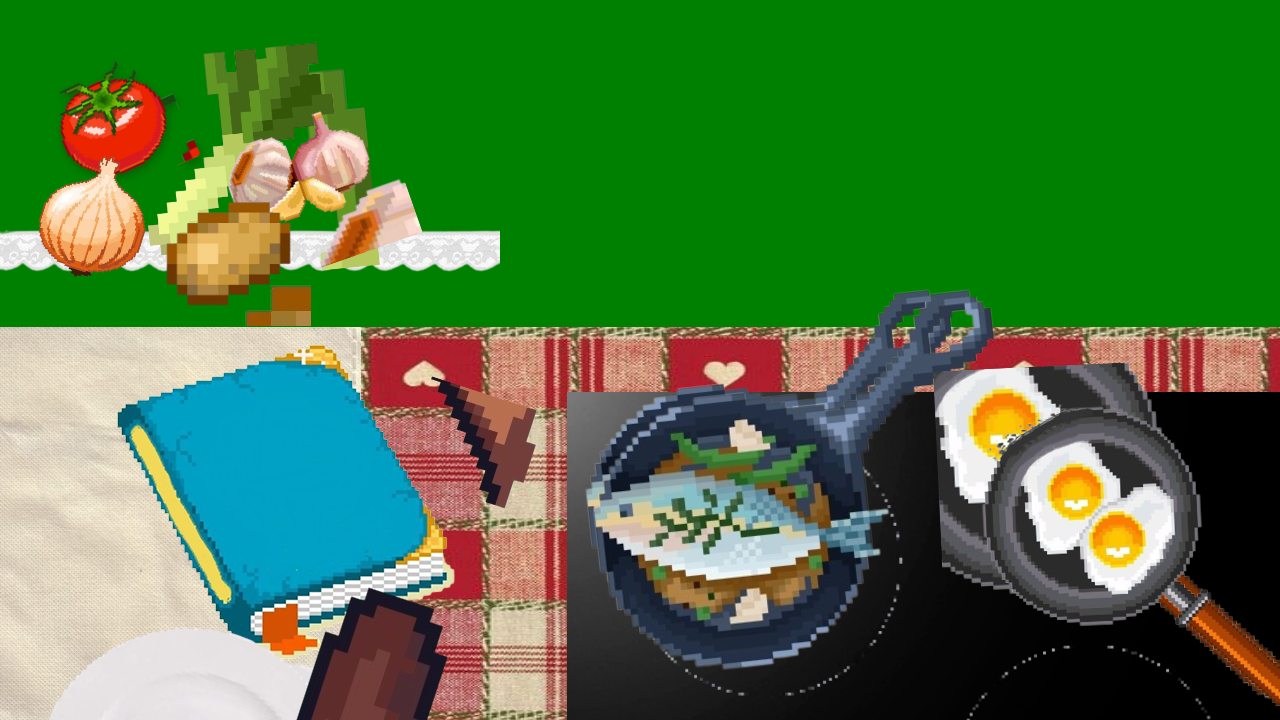
Repository: AJamdonuts/ToddyTalks
Page: playingaround2/pages/chefsujin.html
These files come from the project's save history. The page is drawn as it stood at one moment and after the next save; the edit follows.
The browser window is 1280 px wide. The pictures show the whole page.

Above is the page before, as saved 2025-11-26 19:22:55.

After the next save:
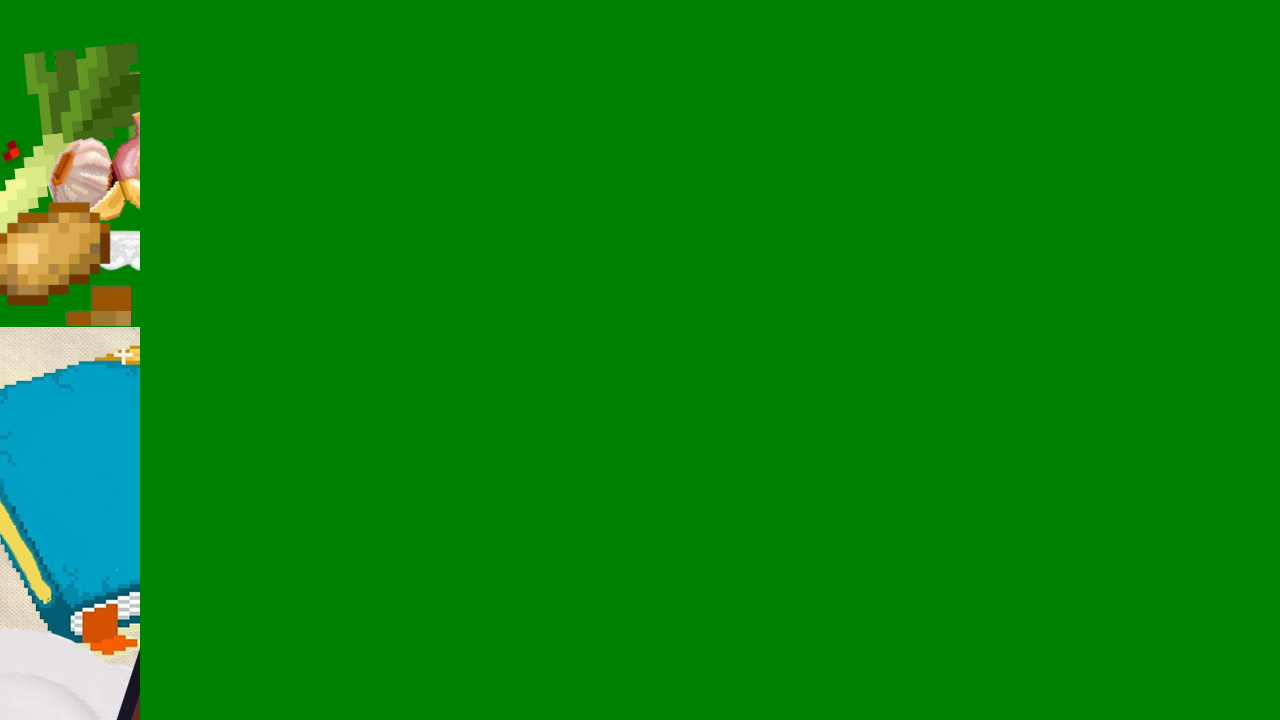
Saved 33 s later.
--- a/playingaround2/styles/chefsujin.css
+++ b/playingaround2/styles/chefsujin.css
@@ -1,6 +1,6 @@
 html, body {
                 width: 1440px;
-                max-width: 1440px;
+                max-width: 140px;
                 height: 1024px;
                 margin: 0;
                 padding: 0;

After the save that followed:
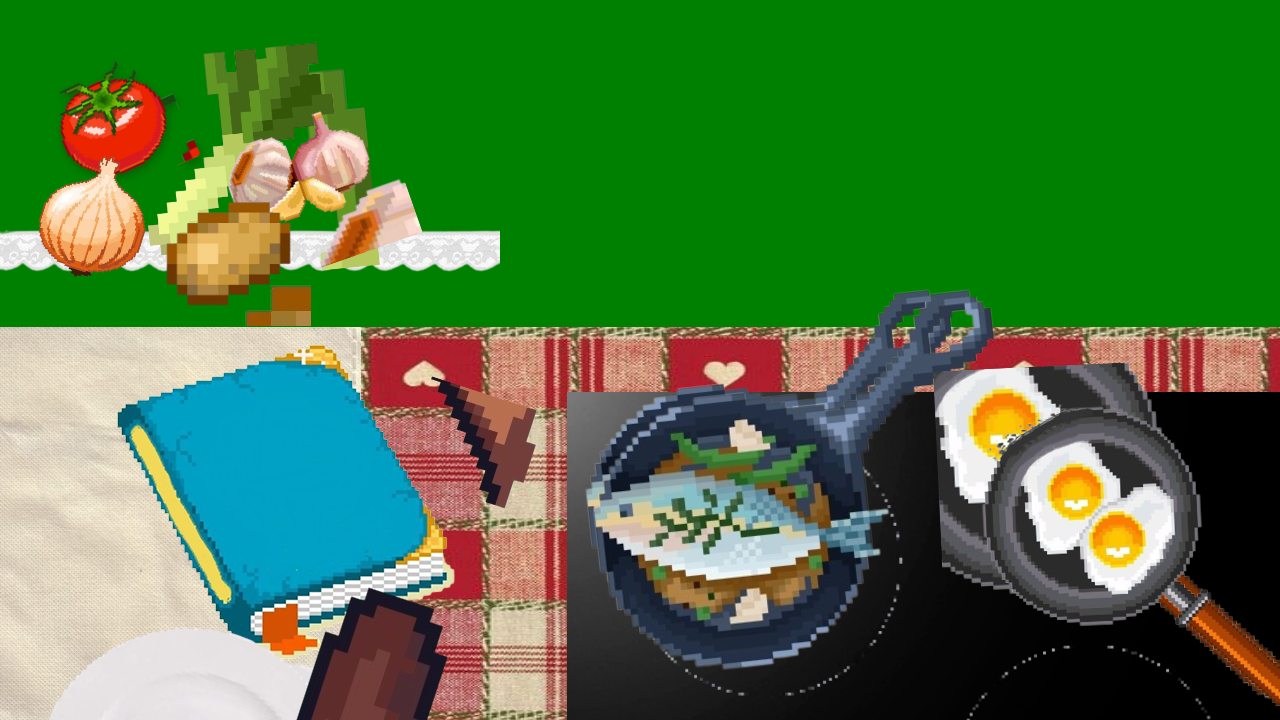
Saved 20 s later.
--- a/playingaround2/styles/chefsujin.css
+++ b/playingaround2/styles/chefsujin.css
@@ -1,6 +1,6 @@
 html, body {
-                width: 1440px;
-                max-width: 140px;
+                width: 14400px;
+                max-width: 14000px;
                 height: 1024px;
                 margin: 0;
                 padding: 0;
